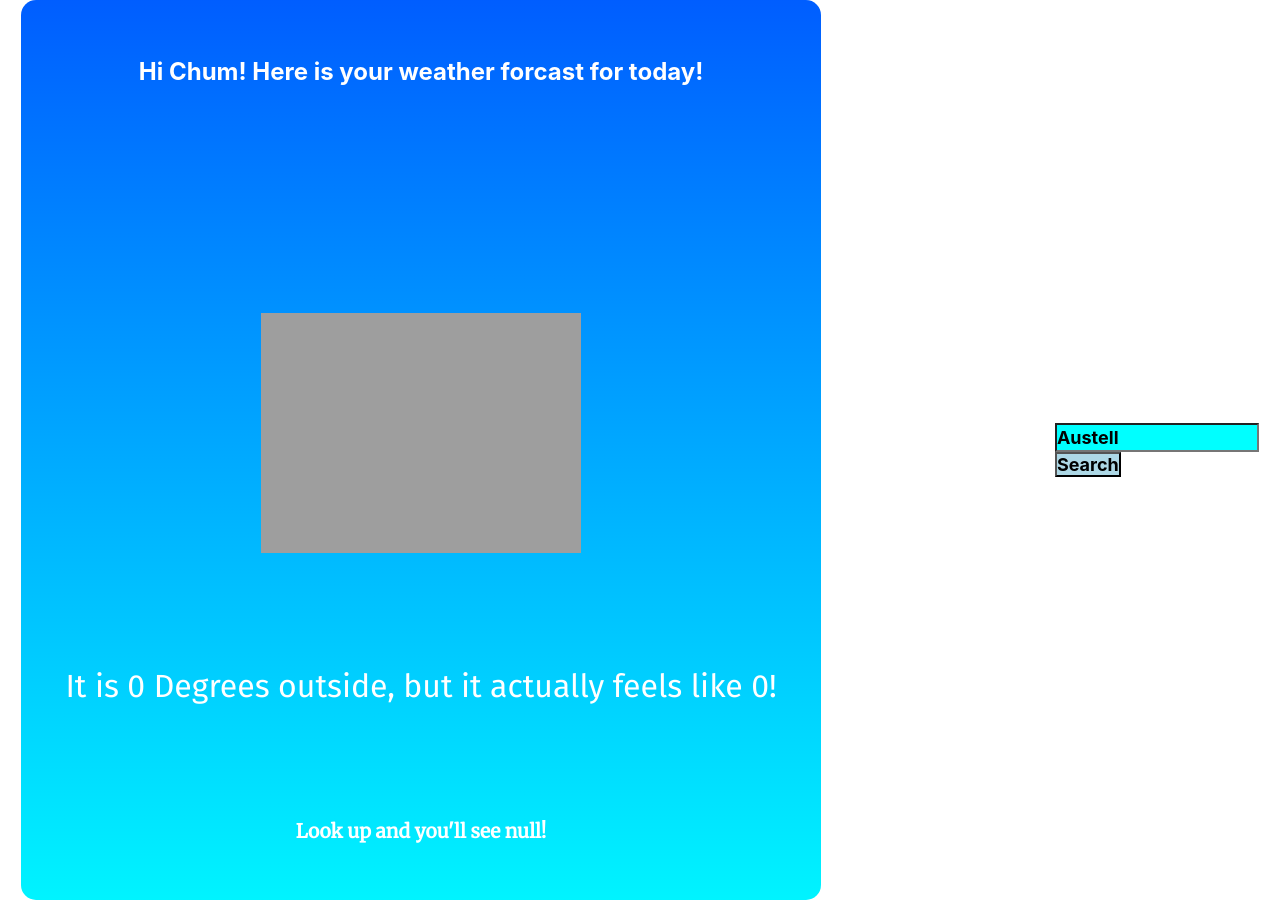
Repository: sayrilamar/chumsweatherapp
Page: /
The author's editor kept a copy of each file at every save. The page is drawn from the files as they stood at one save, then again after the next save.
The browser window is 1280 px wide. The pictures show the whole page.
Pictures or frames that could not be fetched are drawn as grey boxes. The page's requests for data from a server got no answer. The project was rebuilt for these pictures with package versions that can differ from the ones it lists, and the page was loaded fresh each time. No one was signed in, and anything a server would have sent is missing.

Above is the page before, as saved 2020-04-19 09:07:32.

After the next save:
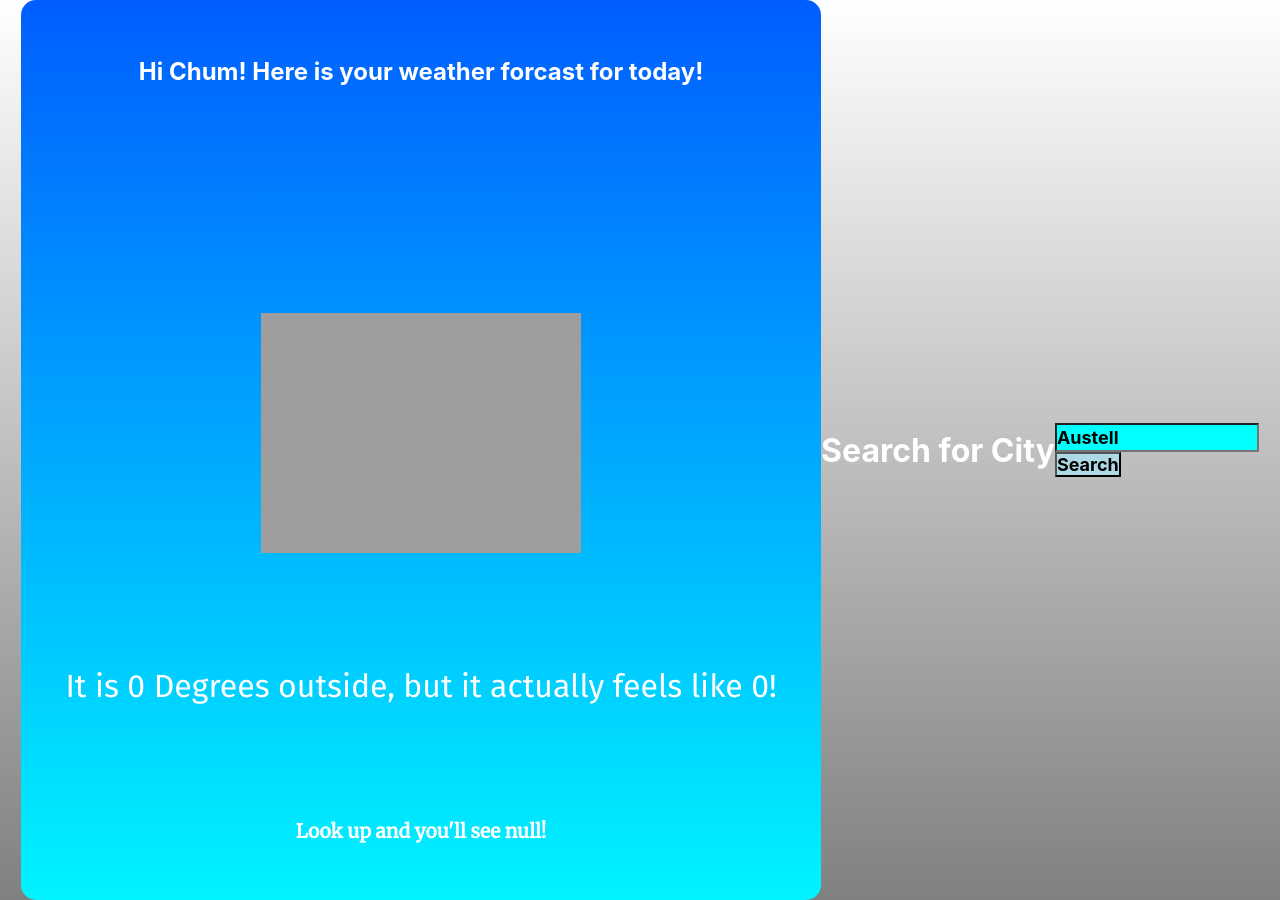
Saved 11 s later.
--- a/src/index.css
+++ b/src/index.css
@@ -9,5 +9,5 @@
 }
 
 body {
-  background: linear-gradient(to top, dark grey, white)
+  background: linear-gradient(to top, grey, white)
 }
